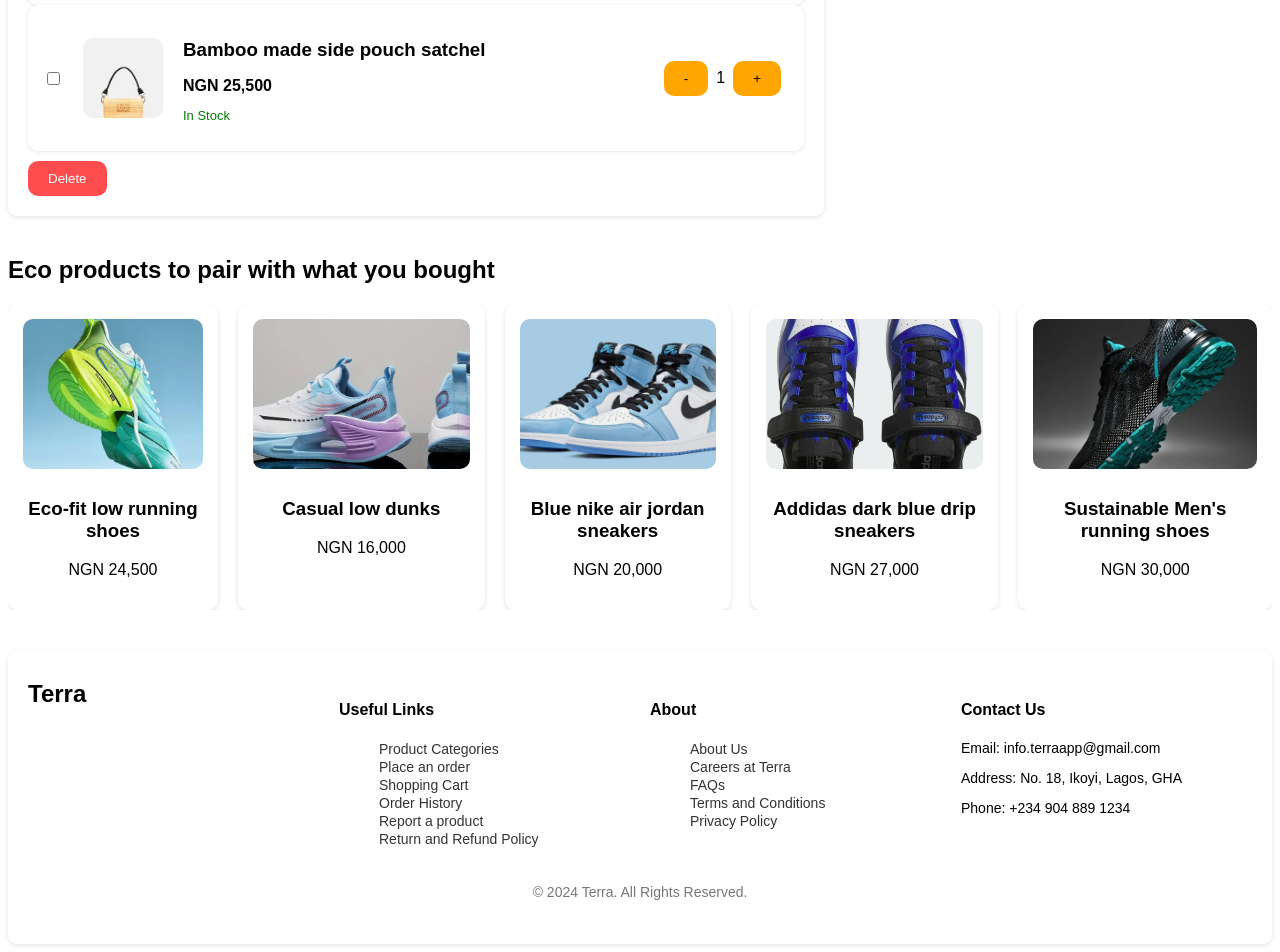
Repository: Femi007-gh/e-commerce
Page: index.html
An editor plug-in stored every save of this project. The page is shown before and after a run of saves, followed by the edit.
The browser window is 1280 px wide. The pictures show the part of the page from y = 1080 to 2032 px (the page is 2032 px tall).
A picture or video elsewhere on the page could not be fetched, so the positions and the page height are approximate.

Above is the page before, as saved 2025-04-29 09:55:54.

After the next 2 saves:
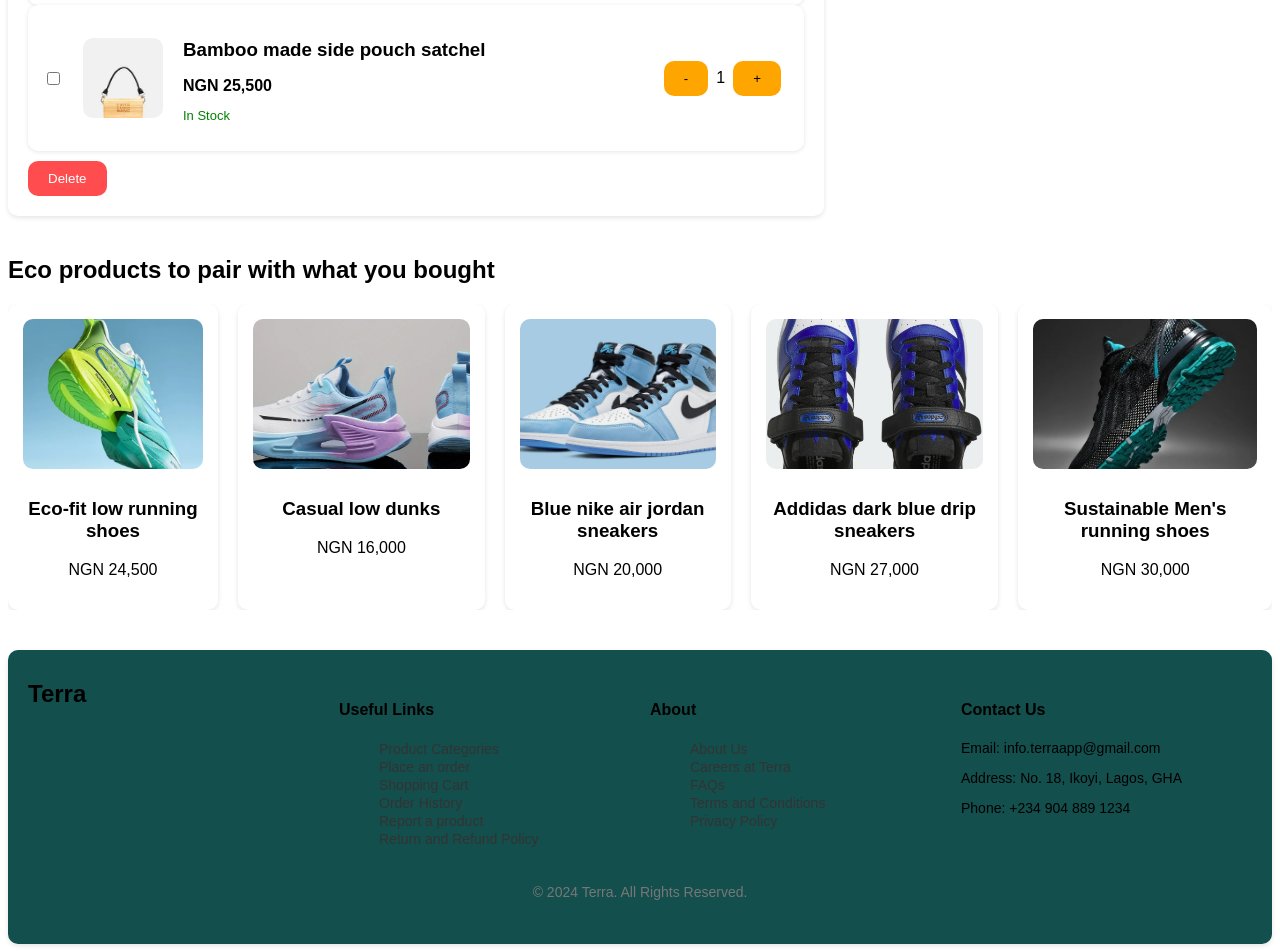
The 2 saves are shown as one change because they came seconds apart.
The last was saved 86 s later.
--- a/style.css
+++ b/style.css
@@ -298,7 +298,7 @@
 
 /* Footer */
 .footer {
-  background: ;
+  background: #134F4D;
   padding: 30px 20px;
   border-radius: 10px;
   box-shadow: 0 2px 5px rgba(0,0,0,0.1);
